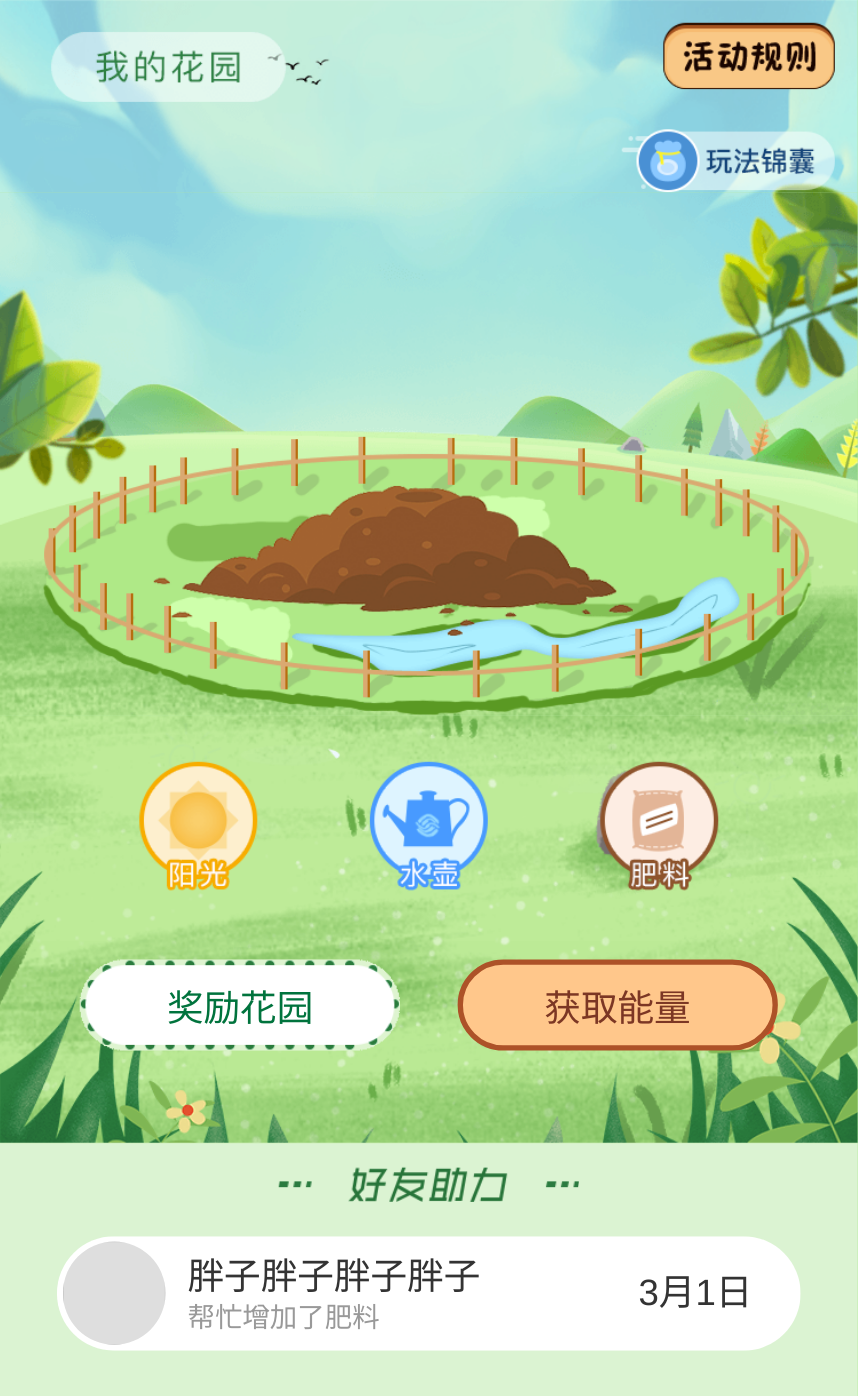
Repository: wangbiaozy/zh
Page: index.html
An editor plug-in stored every save of this project. The page is shown before and after the next save, followed by the edit.
The browser window is 1280 px wide. The pictures show the whole page, at 67% of full size.

Above is the page before, as saved 2019-03-15 18:16:25.
Console error: TypeError: Cannot read properties of undefined (reading 'style')

After the next save:
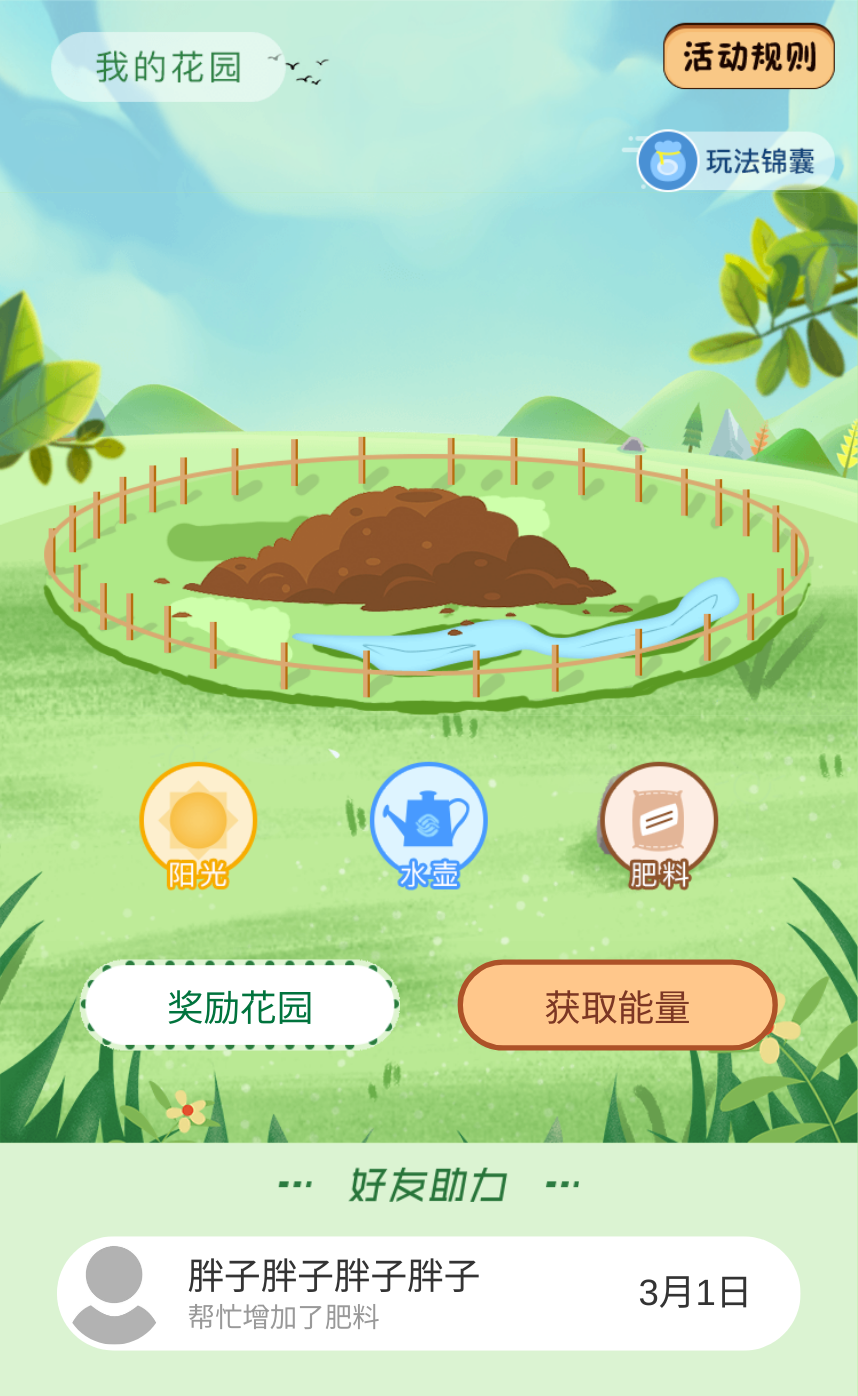
Saved 64 s later.
--- a/index.html
+++ b/index.html
@@ -144,7 +144,7 @@
             <ul>
                 <li>
                     <div>
-                        <img src="" alt="">
+                        <img src="./images/default.jpg" alt="">
                     </div>
                     <p>胖子胖子胖子胖子</p>
                     <p>帮忙增加了<span>肥料</span></p>
